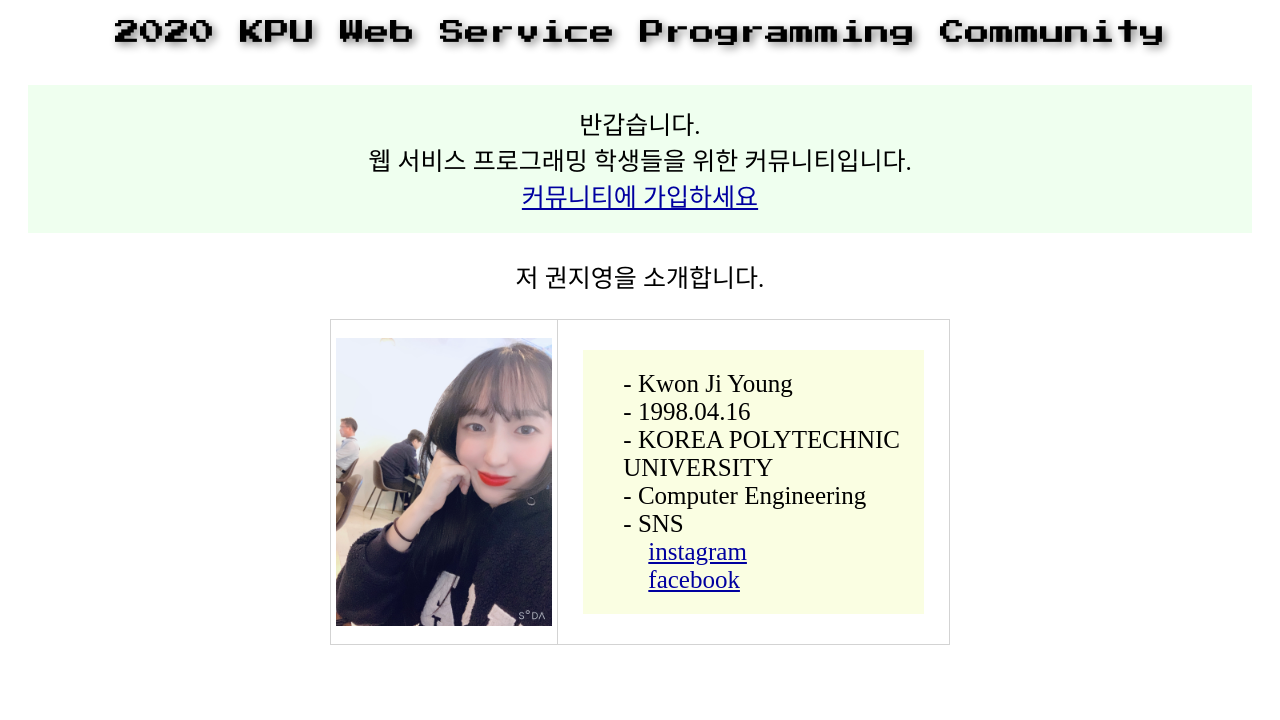
Repository: JiYoung-Kwon/WebProgramming
Page: workspace_20206R/kwonjiyoung_reg/WebContent/welcome.html
These files come from the project's save history. The page is drawn as it stood at one moment and after the next save; the edit follows.
The browser window is 1280 px wide. The pictures show the whole page.
Some web fonts or font styles are not loaded; a fallback is used.

Above is the page before, as saved 2020-10-07 08:19:00.

After the next save:
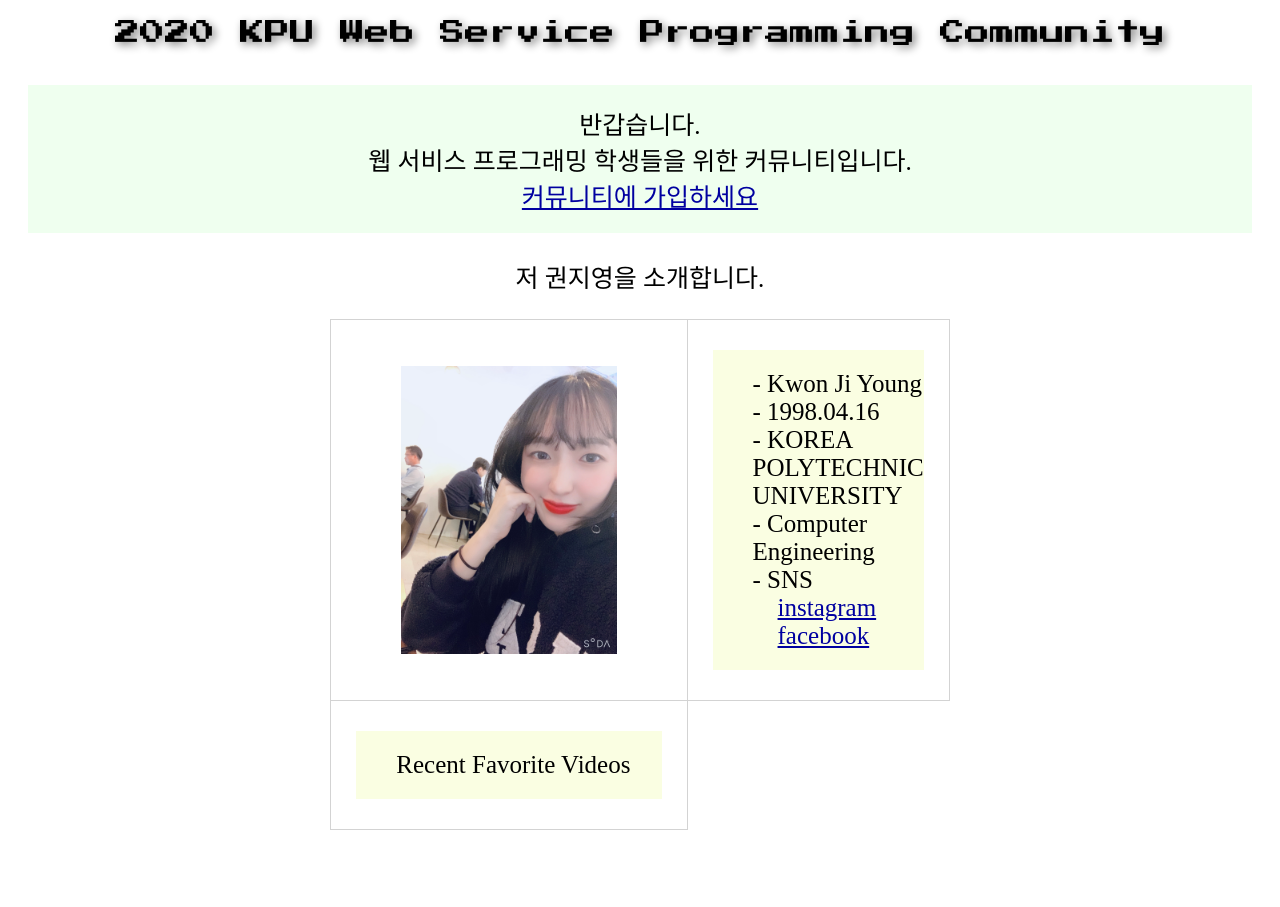
Saved 8 min 23 s later.
--- a/workspace_20206R/kwonjiyoung_reg/WebContent/welcome.html
+++ b/workspace_20206R/kwonjiyoung_reg/WebContent/welcome.html
@@ -38,8 +38,15 @@
 						 </ul>
 					</td>
 				</tr>
+				<tr>
+					<td>
+						<ul>
+							<li> Recent Favorite Videos </li>
+						</ul>
+				</tr>
+			</table>
 
-			</table>
+
 		</div>
 	</div>
 </body>
